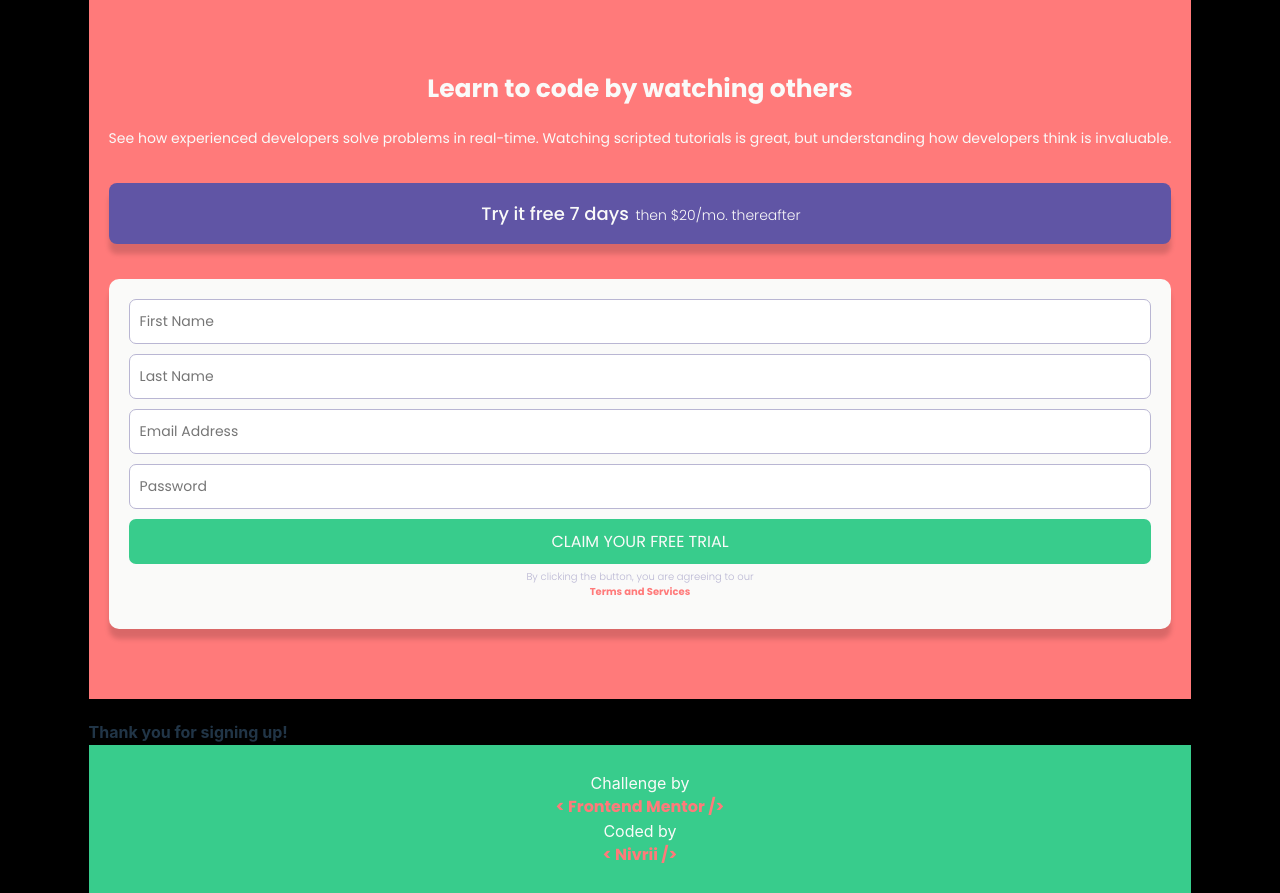
Repository: nivrii/intro-component-with-signup
Page: /
These files come from the project's save history. The page is drawn as it stood at one moment and after the next save; the edit follows.
The browser window is 1280 px wide. The pictures show the whole page.
The project was rebuilt for these pictures with package versions that can differ from the ones it lists, and the page was loaded fresh each time. Also part of the build but not shown: vite.config.js.

Above is the page before, as saved 2023-10-14 03:05:16.

After the next save:
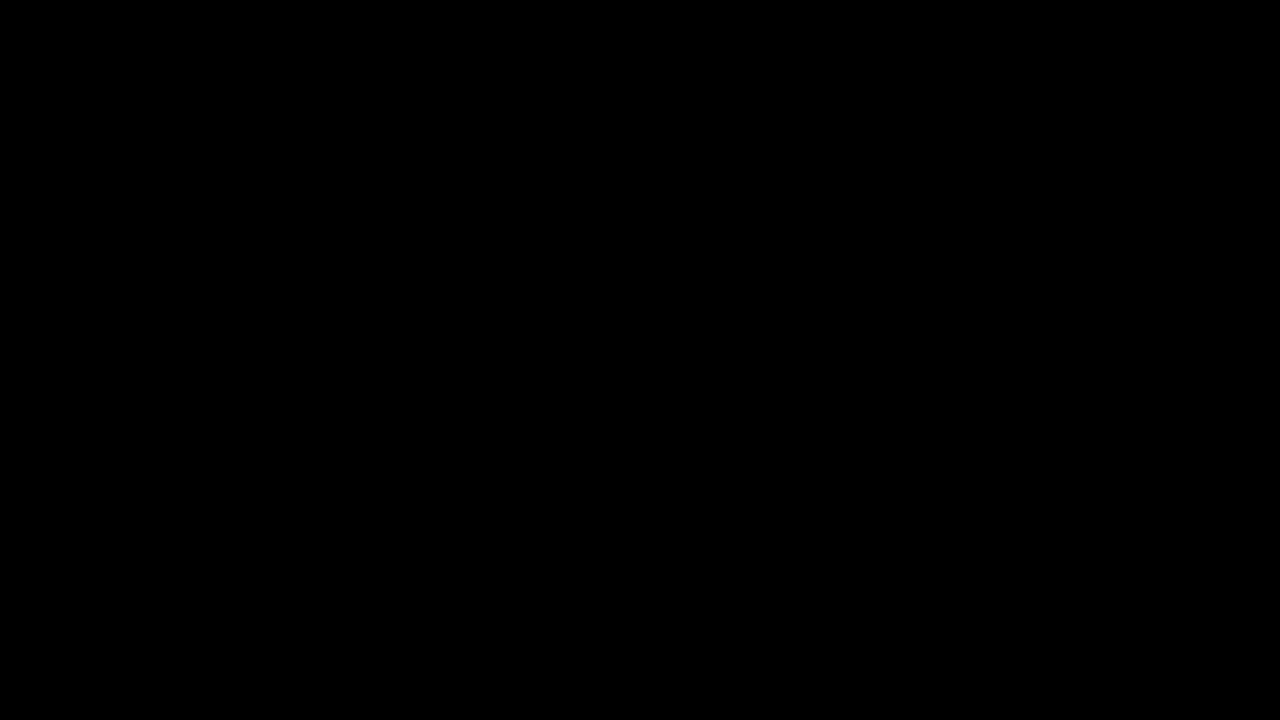
Console error: TypeError: Cannot read properties of null (reading 'classList')
Saved 85 s later.
--- a/src/Form/Form.jsx
+++ b/src/Form/Form.jsx
@@ -62,6 +62,9 @@
     }
   };
 
+  fNameEmpty
+    ? document.querySelector(".fName-input").classList.add("input-error")
+    : document.querySelector(".fName-input").classList.remove("input-error");
   return (
     <form action="submit" className="form" onSubmit={(e) => e.preventDefault()}>
       <div className="input-enclose">

After the save that followed:
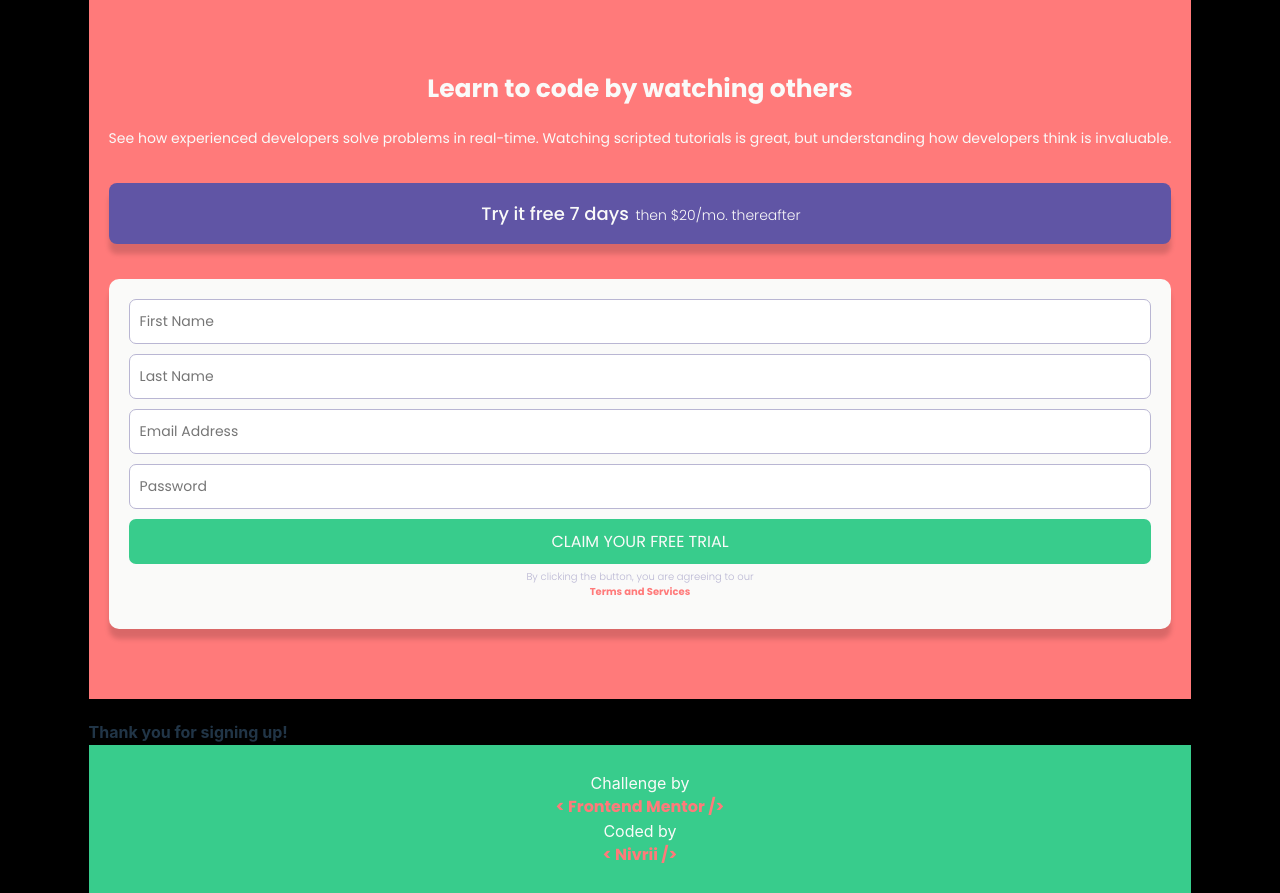
The error is gone.
Saved 20 s later.
--- a/src/Form/Form.jsx
+++ b/src/Form/Form.jsx
@@ -62,9 +62,7 @@
     }
   };
 
-  fNameEmpty
-    ? document.querySelector(".fName-input").classList.add("input-error")
-    : document.querySelector(".fName-input").classList.remove("input-error");
+
   return (
     <form action="submit" className="form" onSubmit={(e) => e.preventDefault()}>
       <div className="input-enclose">
